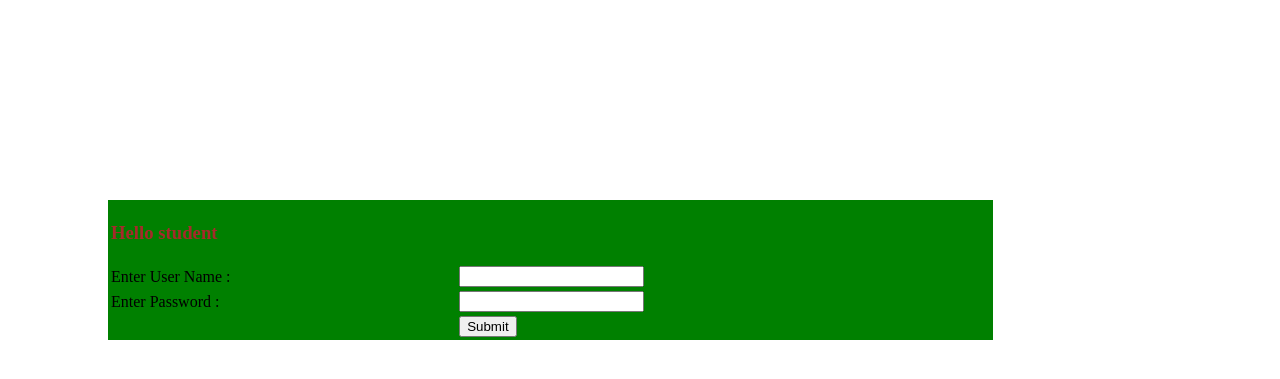
Repository: shulamitProjects/Java
Page: http://localhost/ProjectLibary/LoginStudent.jsp
The author's editor kept a copy of each file at every save. The page is drawn from the files as they stood at one save, then again after the next save.
The browser window is 1280 px wide. The pictures show the whole page.
The page is served by Tomcat 10. Other server files are loaded and not shown.

Above is the page before, as saved 2024-01-29 11:22:26.

### project/project_25-01/ProjectLibary/src/main/webapp/LoginStudent.jsp
<%@ page language="java" contentType="text/html; charset=UTF-8"
	pageEncoding="UTF-8"%>

<!DOCTYPE html PUBLIC "-//W3C//DTD HTML 4.01 Transitional//EN" "http://www.w3.org/TR/html4/loose.dtd">
<html>
<head>
<meta http-equiv="Content-Type" content="text/html; charset=UTF-8">
<title>registration page</title>
</head>
<body>

	<form method="get" action="registration/controller/StudentServlet">
		<%String type=""; %><table
			style="width: 70%; background-color: green; margin-top: 200px; margin-left: 100px; margin-right: 200px;">

			<tr>
				<td>
					<h3 style="color: brown">Hello student</h3>
				</td>
			</tr>
			<tr>
				<td>Enter User Name :</td>
				<td><input type="text" name="userName"></td>
			</tr>
			<tr>
				<td>Enter Password :</td>
				<td><input type="password" name="password"></td>
			</tr>
			<tr>
			<td><input type="hidden" name="type" value="student" /></td>
				<td><input type="submit"  value="Submit"></td>
			</tr>
		</table>
	</form>
</body>
</html>

After the next save:
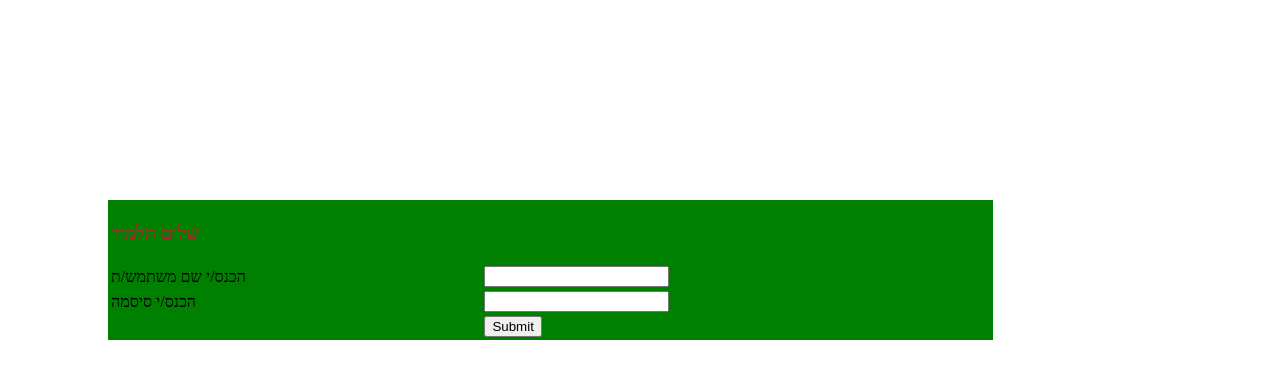
Saved 33 s later.
--- a/project/project_25-01/ProjectLibary/src/main/webapp/LoginStudent.jsp
+++ b/project/project_25-01/ProjectLibary/src/main/webapp/LoginStudent.jsp
@@ -15,15 +15,15 @@
 
 			<tr>
 				<td>
-					<h3 style="color: brown">Hello student</h3>
+					<h3 style="color: brown">שלום תלמיד</h3>
 				</td>
 			</tr>
 			<tr>
-				<td>Enter User Name :</td>
+				<td>הכנס/י שם משתמש/ת</td>
 				<td><input type="text" name="userName"></td>
 			</tr>
 			<tr>
-				<td>Enter Password :</td>
+				<td>הכנס/י סיסמה </td>
 				<td><input type="password" name="password"></td>
 			</tr>
 			<tr>
